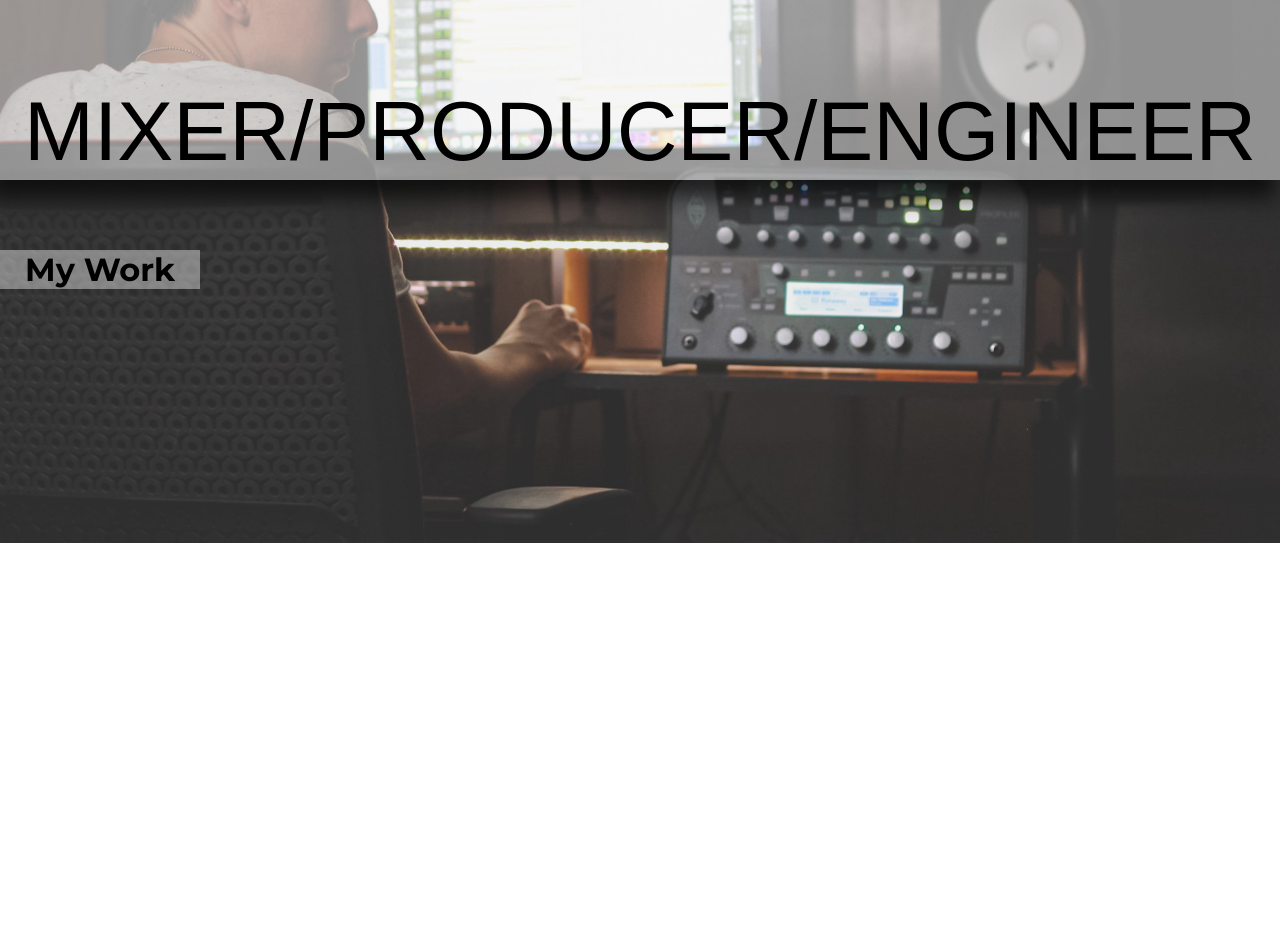
Repository: Aworminator/mixing-portfolio
Page: index.html
An editor plug-in stored every save of this project. The page is shown before and after the next save, followed by the edit.
The browser window is 1280 px wide. The pictures show the part of the page from y = 357 to 1309 px (the page is 3425 px tall).
Some web fonts or font styles are not loaded; a fallback is used.

Above is the page before, as saved 2025-08-17 17:56:39.

After the next save:
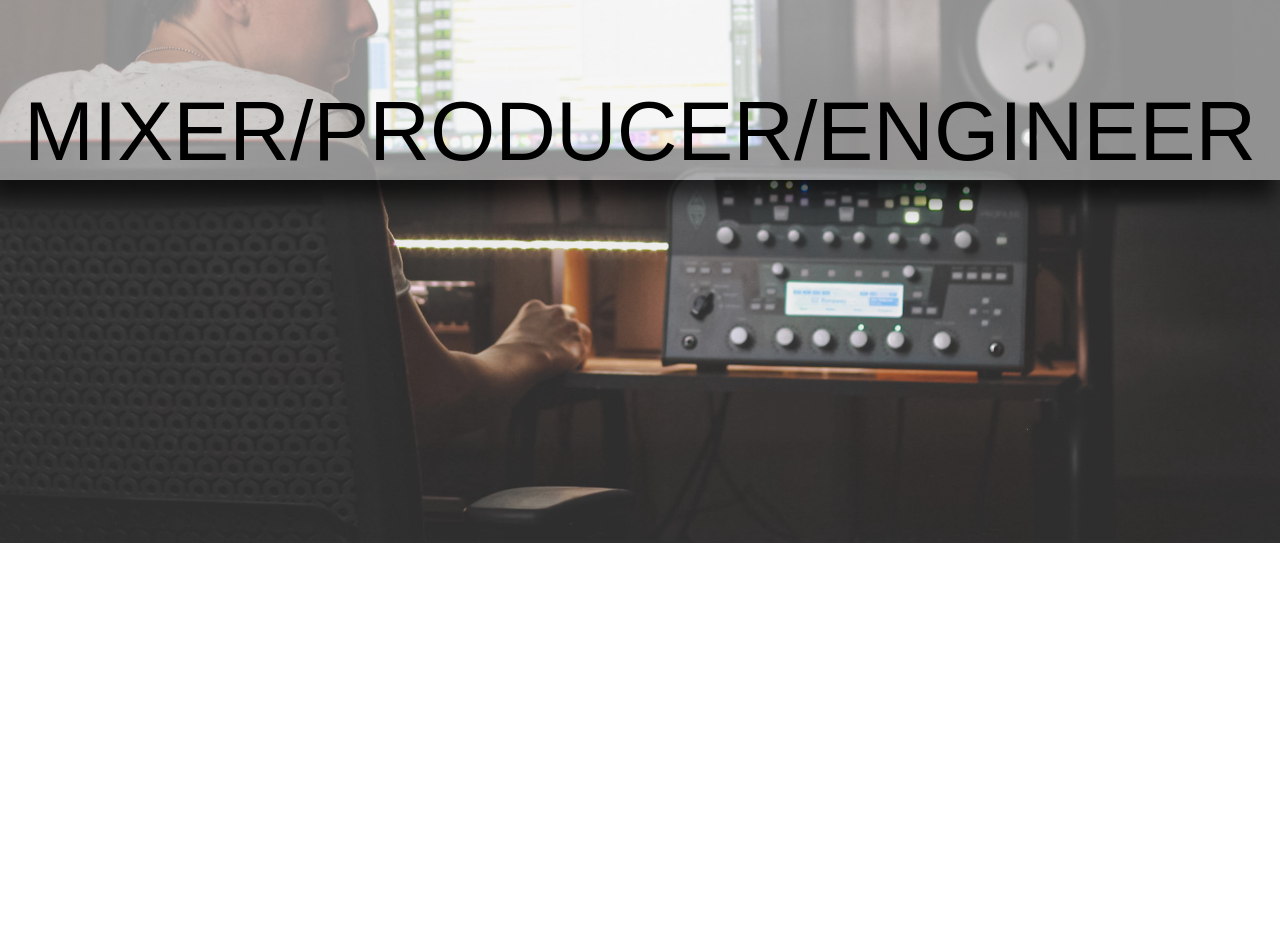
Saved 17 s later.
--- a/styles.css
+++ b/styles.css
@@ -56,8 +56,8 @@
 }
 
 .work-button {
-  position: relative;
-  bottom: 700px;
+  /* position: relative;
+  bottom: 700px; */
   text-align: center;
   font-size: 2em;
   background-color: rgba(255, 255, 255, 0.398);

After the save that followed:
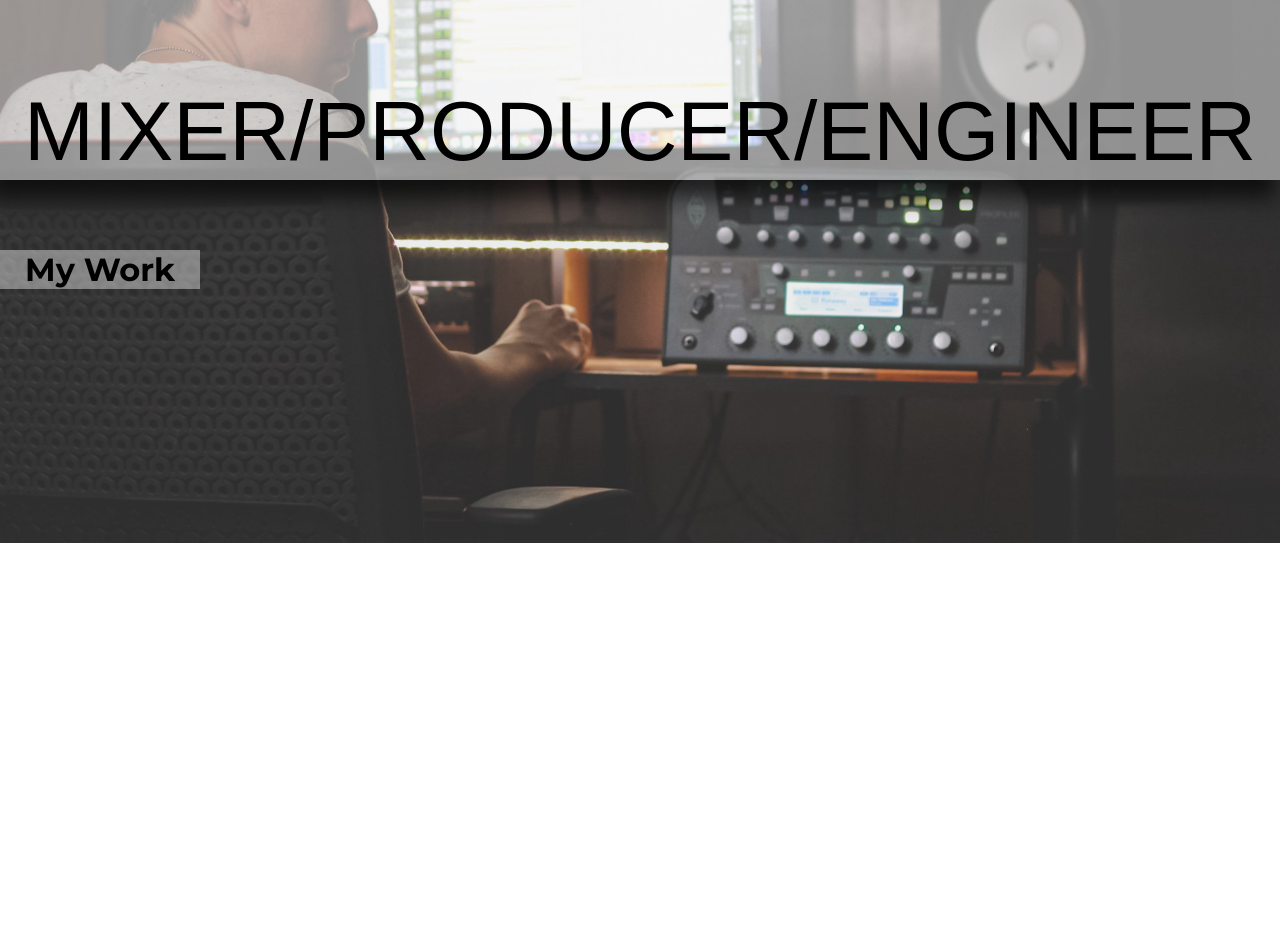
Saved 4 s later.
--- a/styles.css
+++ b/styles.css
@@ -56,8 +56,8 @@
 }
 
 .work-button {
-  /* position: relative;
-  bottom: 700px; */
+  position: relative;
+  bottom: 700px;
   text-align: center;
   font-size: 2em;
   background-color: rgba(255, 255, 255, 0.398);
